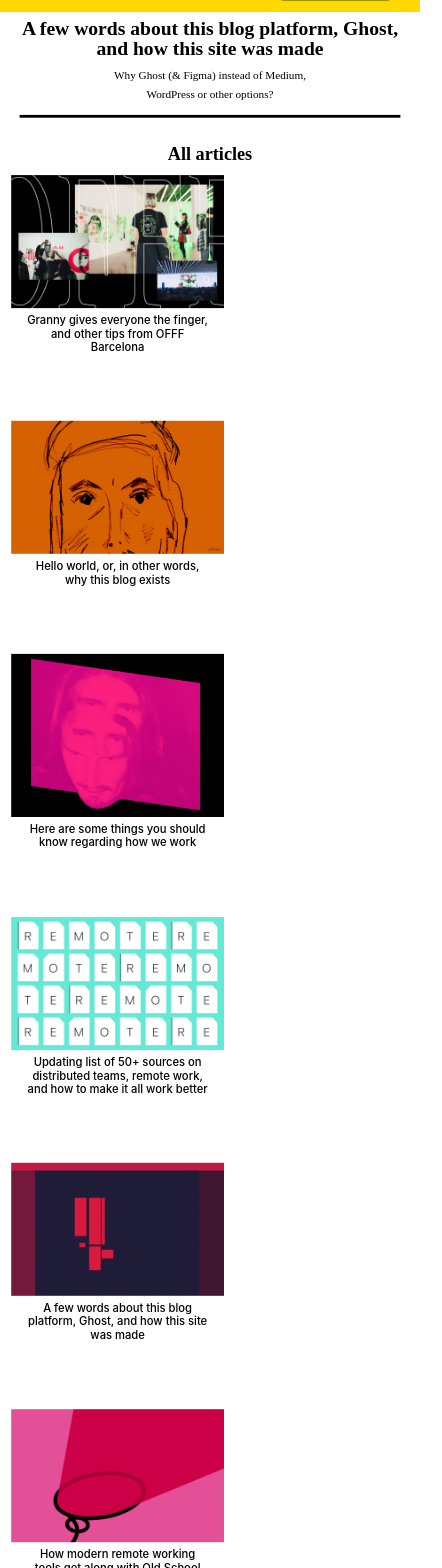
Repository: ThuTrang-jvb/JVB-BT1
Page: Page 2/listing.html
The author's editor kept a copy of each file at every save. The page is drawn from the files as they stood at one save, then again after a run of saves.
The browser window is 600 px wide. The page is 632 px wide, so the pictures cover 632 px, including what lies to the right of the window. The pictures show the part of the page from y = 493 to 2733 px (the page is 3201 px tall), at 70% of full size.

Above is the page before, as saved 2025-06-27 08:58:38.

After the next 2 saves:
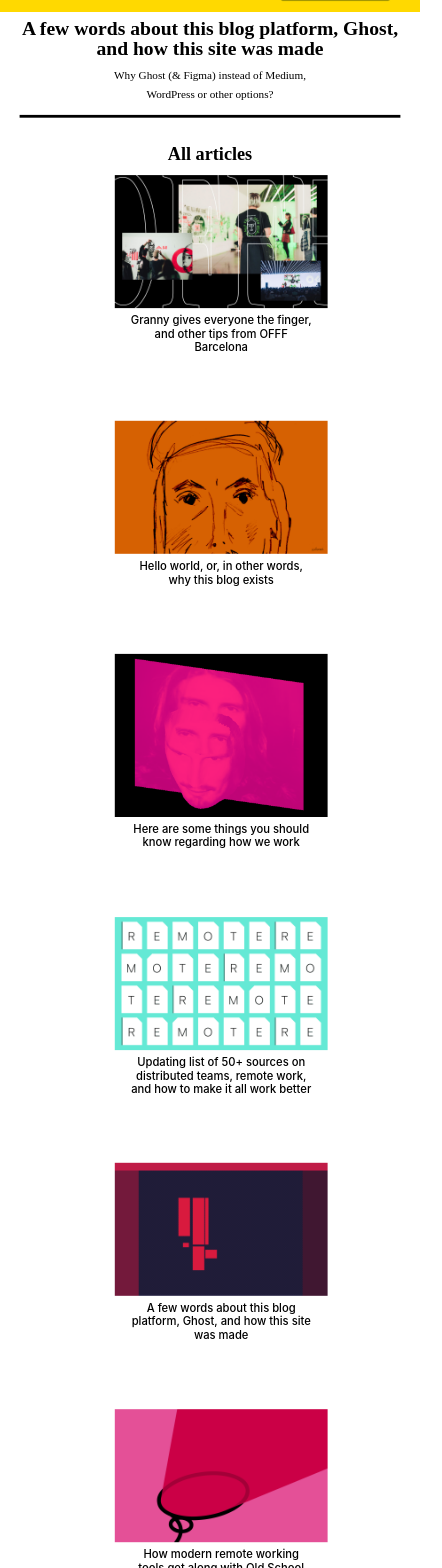
The 2 saves are shown as one change because they came seconds apart.
The last was saved 27 s later.
--- a/Page 2/styleListing.css
+++ b/Page 2/styleListing.css
@@ -251,8 +251,10 @@ hr {
     }
 
     .image_mobile {
-        display: block;
-        width: 100%;
+display: flex;
+        flex-direction: column;
+        align-items: center;
+                width: 100%;
         padding: 0 16px;
     }
 
